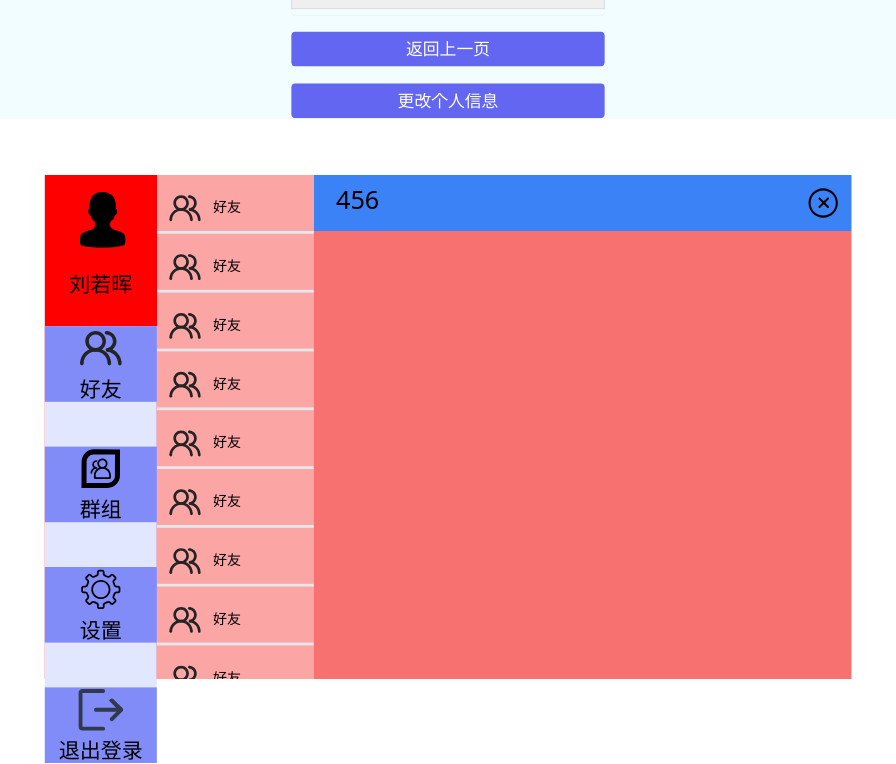
Repository: LiuRuohui/test_the_tailwindcss
Page: /
The author's editor kept a copy of each file at every save. The page is drawn from the files as they stood at one save, then again after the next save.
The browser window is 1280 px wide. The pictures show the part of the page from y = 550 to 2470 px (the page is 1642 px tall before and 2576 px after), at 70% of full size.
The project was rebuilt for these pictures with package versions that can differ from the ones it lists, and the page was loaded fresh each time. Also part of the build but not shown: vite.config.js, src/components/WelcomingPage.vue, src/components/HelloWorld.vue.

Above is the page before, as saved 2022-03-14 21:28:37.

### src/App.vue
<script setup>
import WelcomingPage from "./components/WelcomingPage.vue"
import RegisterPage from "./components/RegisterPage.vue"
import LoginPage from "./components/LoginPage.vue";
import ForgetPasswd from "./components/ForgetPasswd.vue";
import HelloWorld from "./components/HelloWorld.vue";
import UpdateInformation from "./components/UpdateInformation.vue";
import ShowInformation from "./components/ShowInformation.vue";
import MainPage from "./components/MainPage.vue";
</script>

<template>
<!--<WelcomingPage class="page"></WelcomingPage>
<RegisterPage class="page"></RegisterPage>
<LoginPage class="page"></LoginPage>
<ForgetPasswd class="page"></ForgetPasswd>
<UpdateInformation class="page"></UpdateInformation>  -->
<ShowInformation class="page"></ShowInformation>
<MainPage class="pagefront"></MainPage>

</template>

<style>
.page{
    height: 100vh;
    background-color:hsla(190, 100%, 95%, 0.5)
}

.pagefront{
    height: 100vh;
    background-color:red
}
</style>

### src/index.css
@tailwind base;
@tailwind components;
.inputFrame {
    @apply appearance-none rounded-none relative block w-full px-3 py-2 border border-gray-300 placeholder-gray-500 text-gray-900
}

.inputFrame:focus {
    @apply outline-none border-indigo-500 z-10 inline-block px-5 py-3 rounded-lg shadow-lg
}

.btn {
    @apply relative flex w-full justify-center py-2 border border-transparent font-medium rounded-md text-white bg-indigo-500
}

.btn:hover {
    @apply bg-indigo-700
}

.btn:focus {
    @apply outline-none ring-2 ring-offset-2 ring-indigo-400
}

@tailwind utilities;
@layer components {
    .card {
        background-color: theme('colors.blue.500');
        border-radius: theme('borderRadius.lg');
        padding: theme('spacing.6');
        box-shadow: theme('boxShadow.xl');
    }
    /* ... */
}

### src/components/RegisterPage.vue
<template>
<div class="flex items-center justify-center py-8 sm:px-6 lg:px-8">
    <div class="sm:max-w-xl sm:object-center sm:object-cover w-full mt-4">
        <div>
            <h2 class="mt-6 text-center sm:text-4xl font-extrabold text-purple-600">注册</h2>
        </div>
        <div class="object-center mt-4">
            <img class="h-16 w-1/2 mx-auto" src="../assets/用户.svg" alt="这里有一张图片">
        </div>
    <div>
      <div class="rounded-md shadow-sm sm:text-xl">
        <div class="py-2 font">
          <label for="account">账号:</label>
          <input id="account" name="account" type="account" autocomplete="name" required class="inputFrame rounded-t-md  sm:text-xl" placeholder="请输入账号">
        </div>
        <div class="py-2 font">
          <label for="passwd">密码:</label>
          <input id="passwd" name="passwd" type="password" autocomplete="current-password" required class="inputFrame rounded-b-md  sm:text-xl" placeholder="请输入密码">
        </div>
        <div class="py-2 font">
          <label for="passwd">再次输入密码:</label>
          <input id="repeated-passwd" name="repeated-passwd" type="password" autocomplete="current-password" required class="inputFrame rounded-b-md sm:text-xl" placeholder="请再次输入密码">
        </div>
      </div>

      <div class="flex items-center justify-between mt-4">
        <div class="text-sm sm:text-xl">
          <a href="#" class="font-medium text-indigo-800 hover:text-indigo-500 opacity-80" @click="seeFunctions"> 查看我们的功能 </a>
        </div>
        <div class="flex items-center">
          <input id="remember-me" name="remember-me" type="checkbox" class="h-4 w-4 text-indigo-600 focus:ring-indigo-500 border-gray-300 rounded">
          <label for="remember-me" class="ml-2 block sm:text-xl text-gray-600 opacity-80"> 同意隐私协议 </label>
        </div>
      </div>
      <div class="sm:text-xl sm:mt-8">
        <input value="重置" type="reset" @click="reset" class="btn group sm:text-2xl text-center">
        <br>
        <input @click="submit" type="submit" class="btn group sm:text-2xl"><br>
      </div>
    </div>
    </div>
</div>
</template>

<script setup>
function submit(){
  let name = document.getElementById("passwd").value
  let repeated_name = document.getElementById("repeated-passwd").value
  if(name !== repeated_name){
    alert('两次密码不一致！')
  }else {
    alert('提交数据注册 注册成功返回警示框 注册失败返回原因')
  }
}

function seeFunctions(){
  alert("See functions")
}

function reset() {
  var confirmation = confirm('确定要重置数据吗？')
  if(confirmation == true){
    alert('你表单没了')
  }
}

</script>

<style>
.font{
  color:hsla(210, 100%, 60%, 0.8)
}
</style>

### src/components/LoginPage.vue
<template>
<div class="min-h-full flex items-center justify-center py-12 px-4 sm:px-6 lg:px-8">
  <div class="max-w-md w-full">
    <div>
      <h2 class="mt-6 text-center sm:text-4xl font-extrabold text-purple-600">登录</h2>
    </div>
    <div class="object-center sm:mt-8">
            <img class="h-16 w-1/2 mx-auto" src="../assets/用户.svg" alt="这里有一张图片">
        </div>
    <div class="space-y-6">
      <input type="hidden" name="remember" value="true">
      <div class="rounded-md shadow-sm">
        <div class="py-2 font">
          <label for="account">账号:</label>
          <input id="account" name="account" type="account" autocomplete="name" required class="inputFrame rounded-t-md  sm:text-xl" placeholder="请输入账号">
        </div>
        <div class="py-2 font">
          <label for="passwd">密码:</label>
          <input id="passwd" name="passwd" type="password" autocomplete="current-password" required class="inputFrame rounded-b-md  sm:text-xl" placeholder="请输入密码">
        </div>
      </div>

      <div class="flex items-center justify-between">
        <div class="flex items-center">
          <input id="remember-me" name="remember-me" type="checkbox" class="h-4 w-4 text-indigo-600 focus:ring-indigo-500 border-gray-300 rounded">
          <label for="remember-me" class="ml-2 block text-sm sm:text-2xl text-gray-600 opacity-90"> 记住我</label>
        </div>

        <div class="text-sm">
          <a href="#" class="font-medium sm:text-2xl text-indigo-400 hover:text-indigo-500"> 忘记密码? </a>
        </div>
      </div>

      <div>
        <button @click="submit" class="btn group sm:text-2xl">
          登录
        </button>
      </div>
    </div>
  </div>
</div>
</template>

<script setup>
function submit(){
  alert('登录')
}

</script>

<style>
.font{
  color:hsla(210, 100%, 60%, 0.8);
  font-size: 22px;
}
</style>

### src/components/ForgetPasswd.vue
<template>
<div class="flex items-center justify-center py-12 px-4 sm:px-6 lg:px-8c">
    <div class="sm:max-w-xl sm:object-center sm:object-cover w-full space-y-8">
        <div>
            <h2 class="mt-6 text-center sm:text-3xl font-extrabold text-purple-600">忘记密码</h2>
        </div>
        <div>
            <img class="h-16 w-1/2 mx-auto" src="../assets/用户.svg" alt="这里有一张图片">
        </div>
      <div class="rounded-md shadow-sm sm:text-xl">
        <div class="py-4 font">
          <label for="email-address sm:text-2xl">邮箱</label>
          <input id="email-address" name="email" type="email" autocomplete="email" required class="inputFrame rounded-t-md  sm:text-2xl" placeholder="请输入邮箱">
        </div>
      </div>
      <div class="sm:text-2xl sm:mt-8">
          <button @click="sendEmail" class="btn group sm:text-2xl">确认</button>
      </div>
    </div>
</div>
</template>

<script setup>
function sendEmail(){
    var name = document.getElementById("email-address").value;
    if(!isEmail(name)){
        alert('邮箱格式不正确！请重新输入！')
    }else{
        var confirmation = confirm('确认忘记密码？点击确认之后系统会将密码发到您的邮箱！')
        if(confirmation == true){
        alert('请查收邮箱！')
        }
    }
}
function isEmail(str){
    var reg = /^([a-zA-Z0-9_-])+@([a-zA-Z0-9_-])+(.[a-zA-Z0-9_-])+/
    return reg.test(str)
}
</script>

<style>
.font{
  color:hsla(210, 100%, 60%, 0.8)
}
</style>

### src/components/UpdateInformation.vue
<template>
<div class="min-h-full flex items-center justify-center py-8 px-4 sm:px-6 lg:px-8">
  <div class="max-w-md w-full">
    <div>
      <h2 class="mt-6 text-center sm:text-4xl font-extrabold text-purple-600">更改信息</h2>
    </div>
    <div class="mt-4">
        <img class="h-16 w-1/2 mx-auto" src="../assets/用户.svg" alt="这里有一张图片">
    </div>
    <div class="space-y-6">
      <input type="hidden" name="remember" value="true">
      <div class="rounded-md shadow-sm -space-y-px">
        <div class="pb-2 font">
          <label for="account">账号:</label>
          <input id="account" name="account" type="account" autocomplete="account" required class="inputFrame rounded-t-md  sm:text-2xl" placeholder="请输入账号">
        </div>
        <div class="py-2 font">
          <label for="nickname">昵称:</label>
          <input id="nickname" name="nickname" type="nickname" autocomplete="nickname" required class="inputFrame rounded-t-md  sm:text-2xl" placeholder="请输入昵称">
        </div>
        <div class="py-2 font">
          <label for="email-address">邮箱:</label>
          <input id="email-address" name="email" type="email" autocomplete="email" required class="inputFrame rounded-t-md  sm:text-2xl" placeholder="请输入邮箱">
        </div>
        <div class="py-2 font">
            <label for="sex">性别:</label>
            <select name="性别" class="inputFrame">
                <option value="male">男</option>
                <option value="female">女</option>
            </select>
        </div>
        <div class="py-2 font">
          <label for="passwd">密码:</label>
          <input id="passwd" name="passwd" type="password" autocomplete="current-password" required class="inputFrame rounded-b-md  sm:text-2xl" placeholder="请输入密码">
        </div>
        <div class="py-2 font">
          <label for="passwd">请再次输入密码:</label>
          <input id="passwd" name="passwd" type="password" autocomplete="current-password" required class="inputFrame rounded-b-md  sm:text-2xl" placeholder="请再次输入密码">
        </div>
      </div>

      <div>
        <button @click="submit" class="btn group sm:text-2xl">
          更改
        </button>
      </div>
    </div>
  </div>
</div>
</template>

<script setup>
function submit() {
  alert(123)
}
</script>

<style>
.font{
  color:hsla(210, 100%, 60%, 0.8);
  font-size: 22px;
}
</style>

### src/components/ShowInformation.vue
<template>
<div class="min-h-full flex items-center justify-center py-8 px-4 sm:px-6 lg:px-8">
  <div class="max-w-md w-full">
    <div>
      <h2 class="mt-6 text-center sm:text-4xl font-extrabold text-purple-600">个人信息</h2>
    </div>
    <div class="mt-6">
        <img class="h-16 w-1/2 mx-auto" src="../assets/用户.svg" alt="这里有一张图片">
    </div>
    <div class="space-y-6">
      <input type="hidden" name="remember" value="true">
      <div class="rounded-md shadow-sm -space-y-px">
        <div class="py-2 font">
          <label for="account">账号:</label>
          <input id="account" name="account" type="account" autocomplete="account" required class="inputFrame rounded-t-md  sm:text-2xl" placeholder="请输入账号">
        </div>
        <div class="py-2 font">
          <label for="nickname">昵称:</label>
          <input id="nickname" name="nickname" type="nickname" autocomplete="nickname" required class="inputFrame rounded-t-md  sm:text-2xl" placeholder="请输入昵称">
        </div>
        <div class="py-2 font">
          <label for="email-address">邮箱:</label>
          <input id="email-address" name="email" type="email" autocomplete="email" required class="inputFrame rounded-t-md  sm:text-2xl" placeholder="请输入邮箱">
        </div>
        <div class="py-2 font">
            <label for="sex">性别:</label>
            <select name="性别" class="inputFrame">
                <option value="male">男</option>
                <option value="female">女</option>
            </select>
        </div>
      </div>
      <div>
        <button @click="returnPage" class="btn group sm:text-2xl">
          返回上一页
        </button>
      </div>
      <div>
        <button @click="updateInformation" class="btn group sm:text-2xl">
          更改个人信息
        </button>
      </div>
    </div>
  </div>
</div>
</template>

<script setup>
function returnPage() {

}
function updateInformation() {

}
</script>

<style>
.font{
  color:hsla(210, 100%, 60%, 0.8);
  font-size: 22px;
}
</style>

### src/components/MainPage.vue
<template>
<div class="flex sm:mx-16 sm:my-20 sm:text-xl">
    <div class="sm:basis-40">
        <div class="grid grid-rows-3 sm:gap-6 gap-3 mt-2">
            <div class="row-span-2">
                <img src="../assets/用户.svg" alt="" class="my-2 sm:mt-4 h-20 w-2/3 mx-auto">
            </div>
            <div class="sm:text-3xl text-center m-auto">{{nickname}}</div>
            <div class="grid grid-rows-4 gap-16 bg-indigo-100 mt-4">
                <div class="bg-indigo-400" @click="gotoFriends">
                    <img src="../assets/好友.svg" alt="好友" class="h-16 m-auto">
                    <p class="sm:text-3xl text-xl text-center mt-2">好友</p>
                </div>
                <div class="bg-indigo-400" @click="gotoGroups">
                    <img src="../assets/群组.svg" alt="群组" class="h-16 m-auto">
                    <p class="sm:text-3xl text-xl text-center mt-2">群组</p>
                </div>
                <div class="bg-indigo-400" @click="settings">
                    <img src="../assets/设置.svg" alt="设置" class="h-16 m-auto">
                    <p class="sm:text-3xl text-xl text-center mt-2">设置</p>
                </div>
                <div class="bg-indigo-400" @click="Logout">
                    <img src="../assets/退出.svg" alt="退出" class="h-16 m-auto">
                    <p class="sm:text-3xl text-xl text-center mt-2">退出登录</p>
                </div>
            </div>
        </div>
    </div>

    <div class="sm:basis-56 bg-red-300 overflow-auto">
        <div v-for="friend in friends.name" class="my-4 sm:text-xl ">
            <img src="../assets/好友.svg" alt="好友" class="h-12 my-2 ml-4 inline-block">
            <span class="sm:text-xl p-4">好友</span>
            <hr class="border-2">
        </div>
    </div>

    <div class="flex-1 bg-red-400">
        <div class="bg-blue-500 h-20">
            <div class="sm:text-4xl float-left h-20 mt-4 ml-8">{{friends.name[1]}}</div>
            <div class="inline-block float-right"><img src="../assets/关闭按钮.svg" alt="关闭按钮" class="h-12 mt-4 mr-4"></div>
        </div>
        <div class="">

        </div>
    </div>
</div>
</template>

<script setup>
import {ref,reactive} from "vue"
const nickname = ref('刘若晖')

const friends = reactive({
    name:['123','456','789','','','','','','','','','','','','','','','','',''],
    message:[],
})

const groups = reactive({})

function settings(){
    alert('你点击了设置')
}

function gotoFriends(){
    alert('显示好友列表')
}

function gotoGroups(){
    alert('显示群组列表')
}

function Logout(){
    var choose = confirm('退出登录!')
    if(choose == true){
        alert('退出登录，返回登录界面')
    }else{
        alert('111')
    }
}
</script>

<style>
</style>

### tailwind.config.js
module.exports = {
    content: [
        "./index.html",
        "./src/**/*.{vue,js,ts,jsx,tsx}",
    ],
    theme: {
        extend: {},
    },
    variants: {
        backgroundColor: ['responsive', 'hover', 'focus', 'active']
    },
    plugins: [],
}

Loaded but not shown: index.html (common file); src/main.js (common file)

After the next save:
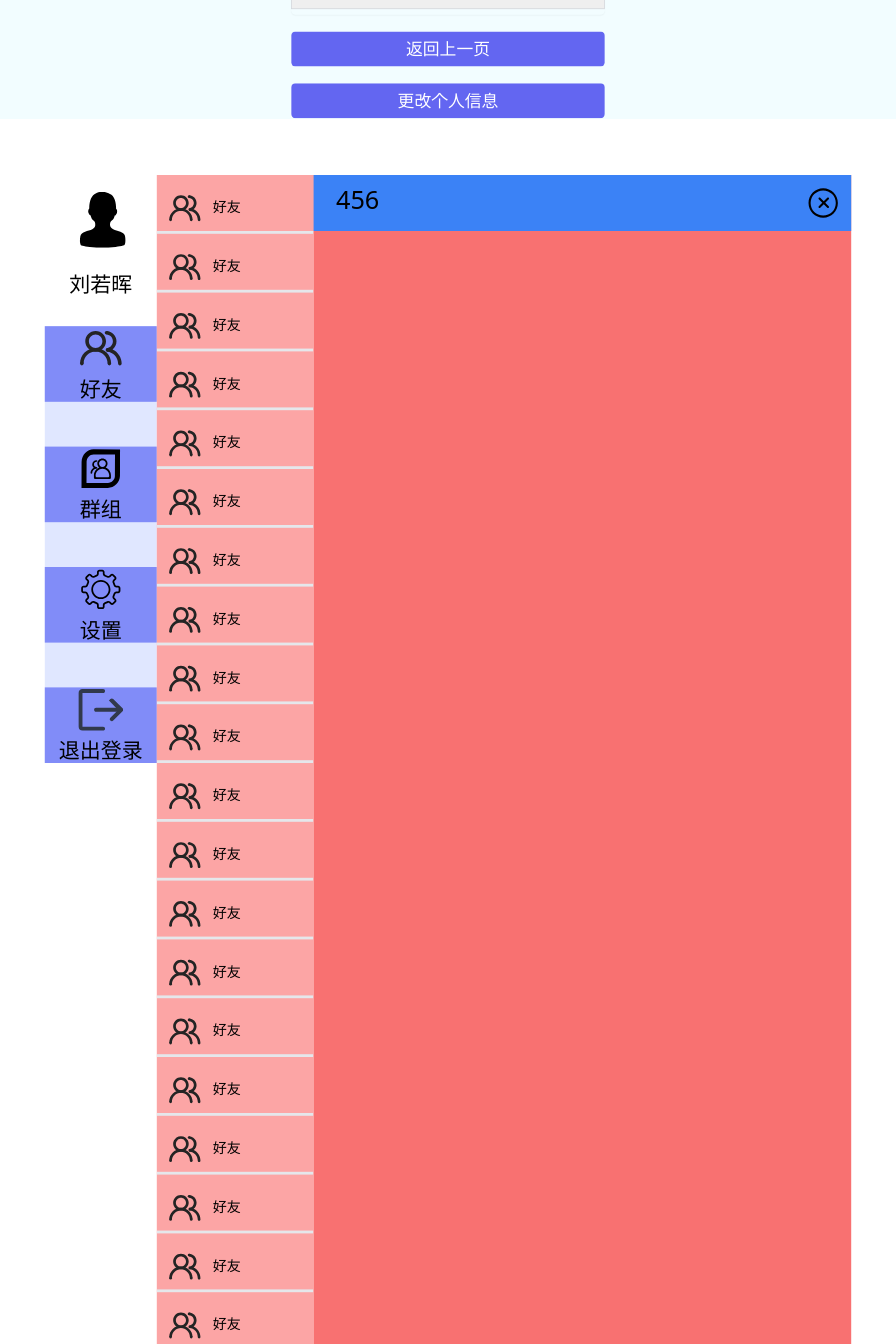
Saved 24 s later.
--- a/src/App.vue
+++ b/src/App.vue
@@ -16,7 +16,7 @@ import MainPage from "./components/MainPage.vue";
 <ForgetPasswd class="page"></ForgetPasswd>
 <UpdateInformation class="page"></UpdateInformation>  -->
 <ShowInformation class="page"></ShowInformation>
-<MainPage class="pagefront"></MainPage>
+<MainPage></MainPage>
 
 </template>
 
@@ -25,9 +25,4 @@ import MainPage from "./components/MainPage.vue";
     height: 100vh;
     background-color:hsla(190, 100%, 95%, 0.5)
 }
-
-.pagefront{
-    height: 100vh;
-    background-color:red
-}
 </style>
